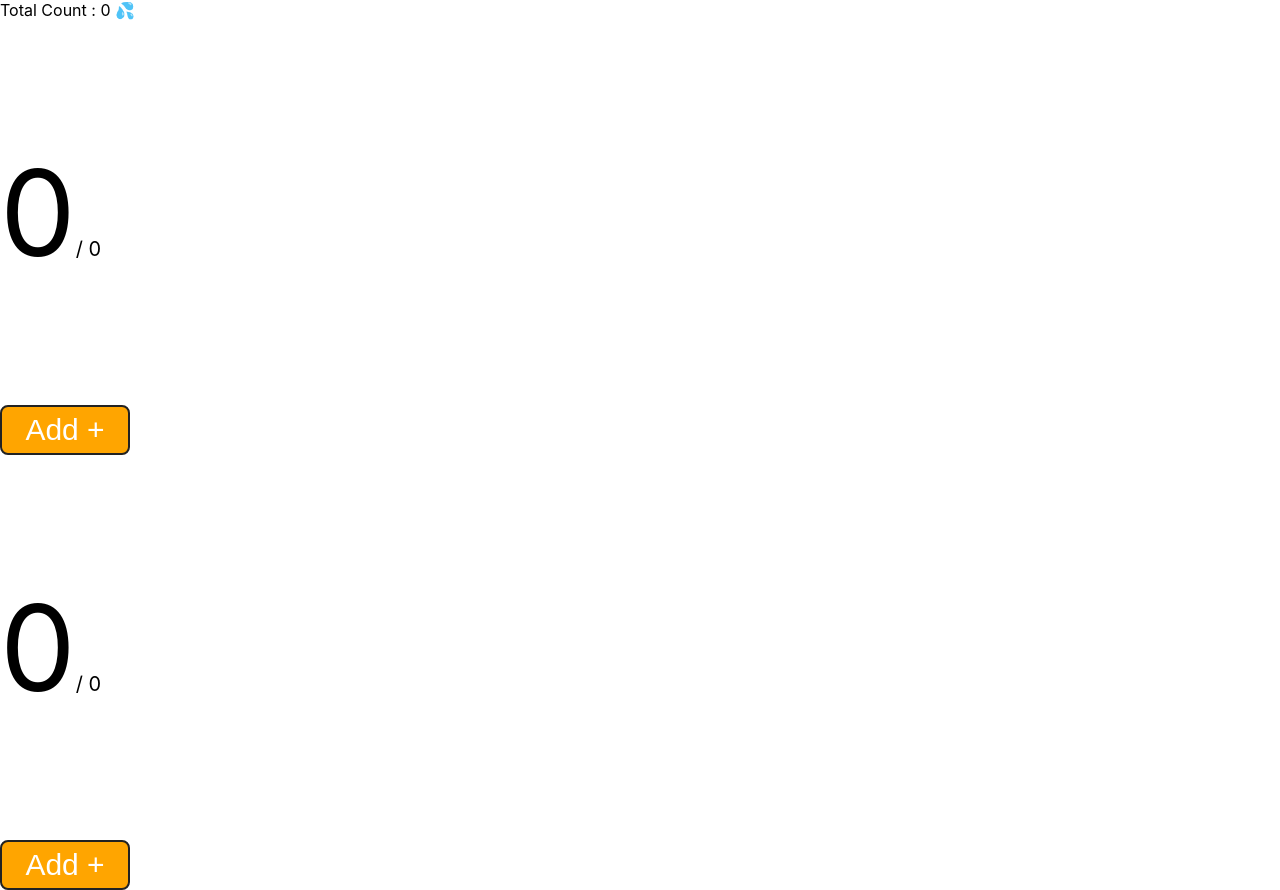
Repository: dnjfht/css-example
Page: /
An editor plug-in stored every save of this project. The page is shown before and after the next save, followed by the edit.
The browser window is 1280 px wide. The pictures show the whole page.
The project was rebuilt for these pictures with package versions that can differ from the ones it lists, and the page was loaded fresh each time.

Above is the page before, as saved 2023-05-11 15:27:18.

After the next save:
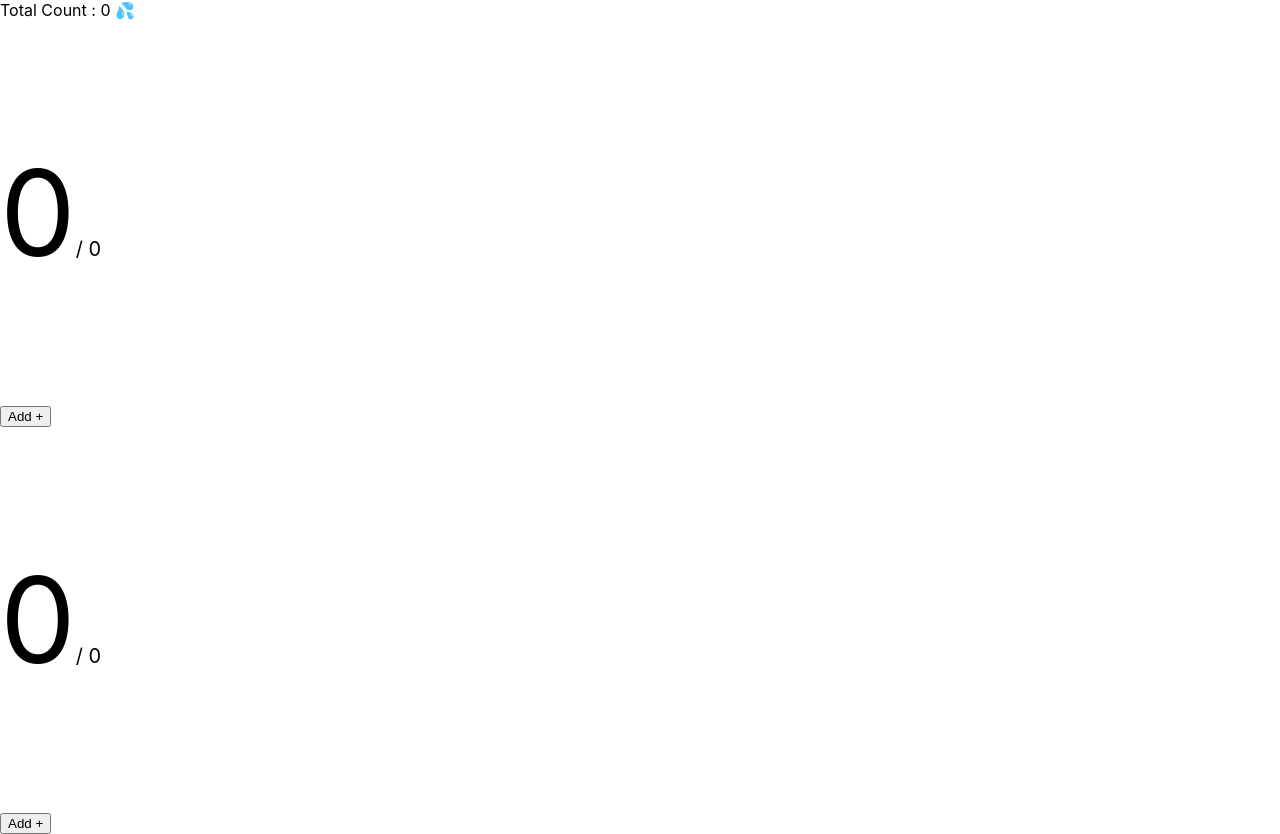
Saved 10 s later.
--- a/src/components/Counter2.js
+++ b/src/components/Counter2.js
@@ -9,21 +9,7 @@ export default function Counter2({ total, onClick }) {
         {count}
         <span style={{ fontSize: 20 }}>/ {total}</span>
       </p>
-      <button
-        style={{
-          width: 130,
-          padding: "6px 16px",
-          boxSizing: "border-box",
-          backgroundColor: "orange",
-          border: "2px solid #222",
-          borderRadius: 8,
-          fontSize: 30,
-          color: "white",
-        }}
-        onClick={onClick}
-      >
-        Add +
-      </button>
+      <button onClick={onClick}>Add +</button>
     </div>
   );
 }
